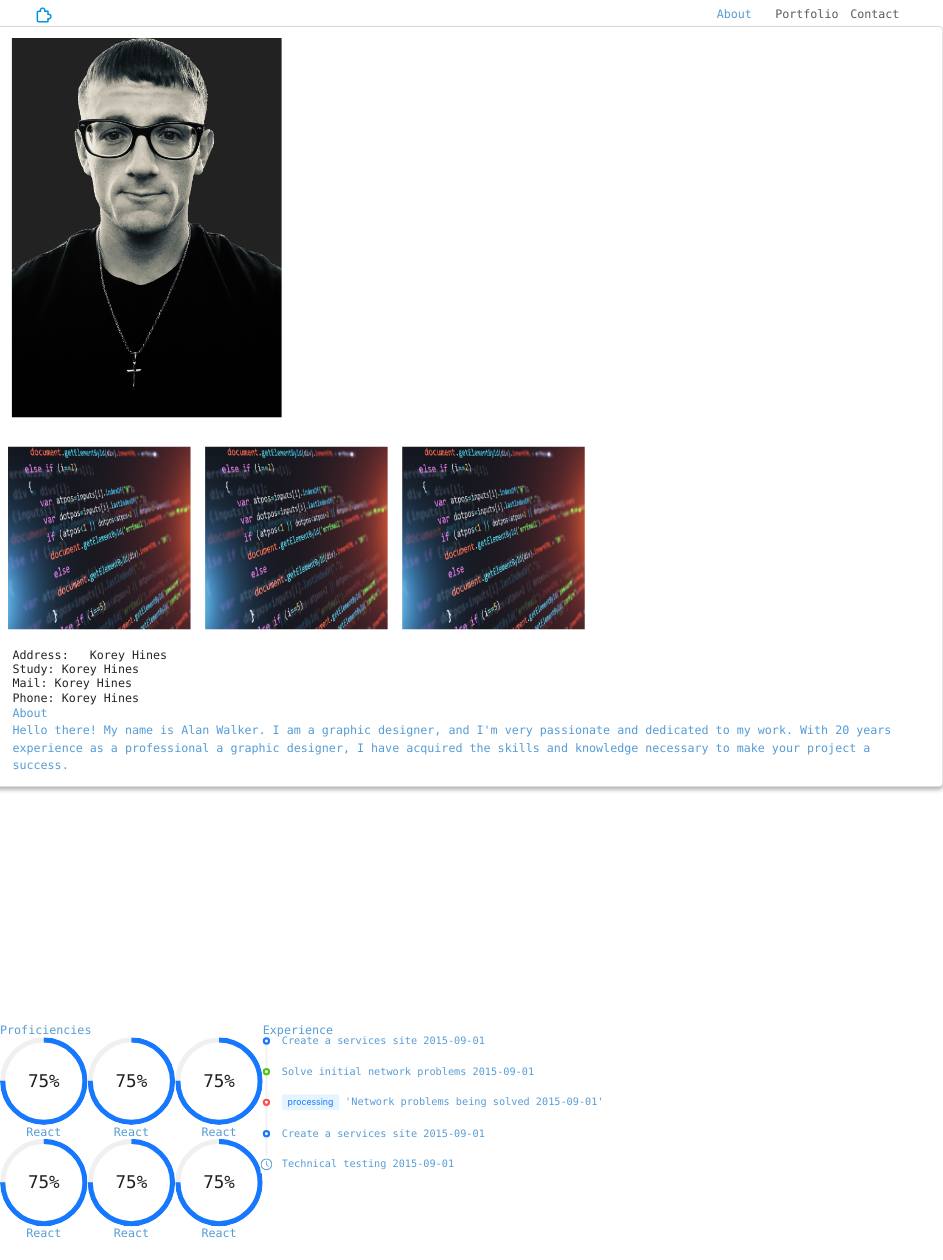
Repository: devkthines/next-portfolio-v2
Page: /about
These files come from the project's save history. The page is drawn as it stood at one moment and after the next save; the edit follows.
The browser window is 1280 px wide. The page is 1292 px wide, so the pictures cover 1292 px, including what lies to the right of the window. The pictures show the whole page, at 73% of full size.
The project was rebuilt for these pictures with package versions that can differ from the ones it lists, and the page was loaded fresh each time. The framework's server and built-in components were replaced by stand-ins that run in the browser. Also part of the build but not shown: next.config.js.

Above is the page before, as saved 2023-09-25 21:54:43.

### src/app/layout.tsx
import 'bootstrap/dist/css/bootstrap.css';
import './globals.css'
import '../../css/style.css'
import '../../css/mobile.css'
import type { Metadata } from 'next'
import { Inter } from 'next/font/google'
import TopNav from './components/topNav'
import Footer from './components/footer'
import BottomNav from './components/bottomNav'
// Put any other imports below so that CSS from your
// components takes precedence over default styles.
const inter = Inter({ subsets: ['latin'] })

export const metadata: Metadata = {
  title: "&lt;Korey ❤️ Coding/&gt;",
  description: 'Generated by create next app',
  icons: '/puzzle-piece.svg'
}

export default function RootLayout({
  children,
}: {
  children: React.ReactNode
}) {
  return (
    <html lang="en">
      <head>
        <link rel="shortcut icon" href="/puzzle-piece.svg" type="image/x-icon" />
      </head>
      <body className={inter.className}>
        <TopNav />
        {children}
        <Footer />
        <BottomNav />
      </body>
    </html>
  )
}

### src/app/about/page.js
'use client'
import Container from 'react-bootstrap/Container';
import Row from 'react-bootstrap/Row';
import Col from 'react-bootstrap/Col';
import Button from 'react-bootstrap/Button';
import Card from 'react-bootstrap/Card';
import { Progress, Space } from 'antd';
import { ClockCircleOutlined } from '@ant-design/icons';
import { Timeline } from 'antd';
import Image from 'next/image';
import { Descriptions } from 'antd';
import { Divider, Tag } from 'antd'
import { CaretRightOutlined } from '@ant-design/icons'
const items = [
  {
    key: '1',
    label: 'Name',
    children: 'Zhou Maomao',
  },
  {
    key: '2',
    label: 'Telephone',
    children: '209-366-9363',
  },
  {
    key: '3',
    label: 'Study',
    children: 'Software Engineering',
  },
  {
    key: '4',
    label: 'email',
    children: 'dev.kthines@gmail.com',
  },
  {
    key: '5',
    label: 'Address',
    children: 'Lodi, CA',
  },
];




export default function About() {

  return (
    <div id='about'>
      {/* <div> */}
      <Row>

        <Card id='aboutcard'>
          <Col id=''>
            {/* <div className='d-flex'> */}
            <Card.Img variant="top" id='aboutImg' src='/images/IMG-update.jpg' /> </Col>
          <Col>
            <div>
              <div id='aboutImgs' className='d-flex'>
                <img className='aboutImgs' src="/images/webstorm-vs-vscode.jpeg" alt="" />
                <img className='aboutImgs' src="/images/webstorm-vs-vscode.jpeg" alt="" />
                <img className='aboutImgs' src="/images/webstorm-vs-vscode.jpeg" alt="" />
              </div>
              <div></div>
            </div>
          </Col>
          {/* </div> */}
          <Card.Body>
            <h6>Address: &nbsp;  Korey Hines</h6>
            <h6>Study:  Korey Hines</h6>
            <h6>Mail:  Korey Hines</h6>
            <h6>Phone:  Korey Hines</h6> <span className='spanabout'>About</span>
            <p>Hello there! My name is Alan Walker. I am
              a graphic designer, and I'm very passionate and dedicated to my work.
              With 20 years experience as a professional a graphic designer,
              I have acquired the skills and knowledge necessary to make your project a success.</p>
          </Card.Body>
        </Card>

        <Col id='' className=''>
          <div id='abtTop' className='d-flex '><div>
          </div>
            <div className='d-flex'>

            </div>
          </div>
          <div id='abtBtm' className='d-flex'>
            <div>
              <h1>Proficiencies</h1>
              <div className='d-flex'>
                <div className='text-center'><Progress strokeLinecap="butt" type="circle" percent={75} /><h6>React</h6></div>
                <div className='text-center'><Progress strokeLinecap="butt" type="circle" percent={75} /><h6>React</h6></div>
                <div className='text-center'><Progress strokeLinecap="butt" type="circle" percent={75} /><h6>React</h6></div>
              </div>
              <div className='d-flex'>
                <div className='text-center'><Progress strokeLinecap="butt" type="circle" percent={75} /><h6>React</h6></div>
                <div className='text-center'><Progress strokeLinecap="butt" type="circle" percent={75} /><h6>React</h6></div>
                <div className='text-center'><Progress strokeLinecap="butt" type="circle" percent={75} /><h6>React</h6></div>
              </div>
            </div>
            <div> <h1>Experience</h1>
              <Timeline
                // mode="alternate"
                items={[
                  {
                    children: 'Create a services site 2015-09-01',
                  },
                  {
                    children: 'Solve initial network problems 2015-09-01',
                    color: 'green',
                  },
                  {
                    color: 'red',
                    children: <><Tag bordered={false} color="processing">
                      processing
                    </Tag>'Network problems being solved 2015-09-01'</>,
                  },
                  {
                    children: 'Create a services site 2015-09-01',
                  },
                  {
                    dot: <ClockCircleOutlined style={{ fontSize: '16px' }} />,
                    children: 'Technical testing 2015-09-01',
                  },
                ]}
              />
            </div>
          </div>
        </Col>
      </Row>
      {/* </div> */}
    </div>
  )
}

### css/style.css
* {
    box-sizing: border-box;
    margin: 0;
    padding: 0;
    font-family: Consolas, "Courier New", monospace;
    /* background-color: #222222; */
    color: #569cd6;

}

body {
    background-color: white;
}

.infoSection {
    /* width: 80vw; */
    height: 90vh;
    /* display: flex; */
    /* justify-content: center; */
    /* margin-bottom: 20vh; */
    background-color: #222222;
    border-bottom: 3px solid #569cd6;
}

#infoCol {
    display: flex;
    justify-content: center;
}

.aboutSection {
    /* width: 80vw; */
    padding-top: 100px;
    /* height: 70vh; */
    background: linear-gradient(#222222, rgb(24, 24, 24));
}

#portrait {
    width: 40vw;
    height: 80vh;
    /* border-radius: 0 0 2rem 2rem; */
}

#portraitCol {
    display: flex;
    justify-content: center;
}

#portrait:hover {
    transform: rotateX(180deg);
}

.imgTest {
    margin: 10px;
}

.imgTest:active {
    flex-grow: 10000;
    transform: scale(1);

    max-width: 600px;
    margin: 0px;
    border-radius: 40px;

    background-size: auto 100%;
}

.tab-content {
    height: 100% !important;
    margin-left: 25% !important;
}

/* .color-change{
    background-color: greenyellow;
} */
.noShow {
    display: none;
}

.buttonShow {
    display: block;
}

#tile1 {
    width: 700px;
    height: 500px;
}

#experience {
    padding-top: 50px;
    height: auto;
}

main {
    display: flex;
    flex-direction: column;
    justify-content: center;
    align-items: center;
}

.middle {
    transition: .5s ease;
    opacity: 0;
    position: absolute;
    top: 50%;
    left: 50%;
    transform: translate(-50%, -50%);
    -ms-transform: translate(-50%, -50%);
    text-align: center;
}

#imageTile1 {
    position: relative;
    width: 40vw;
    height: 70vh;
}

#tile1 {
    width: 100%;
    height: 100%;
}

#imageTile1:hover #tile1 {
    opacity: 0.3;
}

#imageTile1:hover .middle {
    opacity: 1;
}

.text {
    background-color: #04AA6D;
    color: white;
    font-size: 16px;
    padding: 16px 32px;
}

#no-expand {
    display: none;

}

#expandIt {
    display: block;
}

.no-Display {
    display: none;
}

.okToDisplay {
    display: block;
}

a.nav-link {
    color: #569cd6;
}


#topNav {
    background-color: white;
    display: none;
    /* position: fixed; */
    /* top: 0; */
    width: 100%;
    height: 5vh;
}

#footer {
    display: flex;
    justify-content: space-between;
    padding: 0 25px;
}

#bottomNav {
    display: flex;
    position: fixed;
    bottom: 0;
    width: 100%;
    background-color: white;
    font-size: 16px;
}
#about{
    /* margin-top: 10vh; */
    height: 90vh;
    /* overflow: hidden; */
}

#aboutImg{
    width: 400px;
    /* height: ; */
    padding: 15px 15px 30px;
}
#aboutcard{
    box-shadow: 0 4px 6px rgba(0, 0, 0, .3);
    /* height: fit-content; */
    /* width: 400px; */

}
.interests{
    width: 200px;
    height: 300px;
}
.interestImg{
    width: 200px;
    height: 200px;
}
#abtTop{
    height: 45vh;
}
#abtBtm{
    height: 45vh;
}
#abtLeft{
    /* width: 25vw; */
}
#abtRight{
    /* width: 75vw; */
}
.aboutImgs{
    width: 250px;
    height: 250px;
    margin: 10px;
}
#aboutImgs{

}
.spanabout ::after{
margin-left: 25px;
width: 5000px;
height: 1px;
background-color: #7d7789;
left: 100%;
top: 50%;
}

### css/mobile.css
@media screen and (min-width: 640px){

    /* background-color: green!important; */
    #portrait{
        width: 500px;
        height: 500px;
        /* border-radius: 0 0 2rem 2rem; */

    }

main{
    /* color: white!important; */
}
}
@media screen and (min-width: 768px){
#portraitCol{

    justify-content: start;
}
#infoCol{
    justify-content: end;
    /* text-align: end; */
}
}
@media screen and (min-width: 1024px){
    #portrait{
        width: 600px;
        height: 600px;
        /* border-radius: 0 0 2rem 2rem; */
    }
    #topNav{
        display:flex ;
    }
    #bottomNav{
        display: none;
    }
}
@media screen and (min-width: 1280px){

}
@media screen and (min-width: 1536px){

}

### src/app/components/topNav.js
'use client';
import Nav from 'react-bootstrap/Nav';
import Image from 'next/image';


export default function TopNav(){

    return(
        <header>
        {/* <Navbar id='topNav' className={`${color ? 'color-change' : ''}`} sticky='top' expand="lg" > */}

        <Nav id='topNav' variant="underline" defaultActiveKey="/home" className='d-flex justify-content-between'>
       <div className='ms-5'><Nav.Item>
          <Nav.Link href="/"><Image width={25} height={25} id='navbrand' src="/puzzle-piece.svg" alt="" /></Nav.Link>
        </Nav.Item></div>
        <div className='d-flex me-5'><Nav.Item className='px-3'>
          <Nav.Link href="/about">About</Nav.Link>
        </Nav.Item>
        <Nav.Item className='px-3'>
          <Nav.Link eventKey="disabled" disabled>
            Portfolio
          </Nav.Link>
        </Nav.Item>
        <Nav.Item>
          <Nav.Link eventKey="disabled" disabled>
            Contact
          </Nav.Link>
        </Nav.Item>
        </div>
      </Nav>
      </header>
    )
} ;

### src/app/components/footer.js
'use client'

import OverlayTrigger from 'react-bootstrap/OverlayTrigger';
import Card from 'react-bootstrap/Card';
import { AiFillGithub } from 'react-icons/ai';
import { GrLinkedinOption } from 'react-icons/gr';
import { MdVolunteerActivism } from 'react-icons/md';
import { IoLogoCss3 } from 'react-icons/io';
import { IoLogoJavascript } from 'react-icons/io';
import { CgGym } from 'react-icons/cg';
import { AiOutlineMail } from 'react-icons/ai';
import { AiOutlineFilePdf } from 'react-icons/ai';
import { BsFillPhoneFill } from 'react-icons/bs';
import { MdLocationOn } from 'react-icons/md';
import { SiUpwork } from 'react-icons/si';
// import PicOfMe from '/images/image_67220481.JPG'
import Container from 'react-bootstrap/Container';
import Row from 'react-bootstrap/Row';
import Col from 'react-bootstrap/Col';
import { useEffect } from 'react';
import Tooltip from 'react-bootstrap/Tooltip';
import $ from 'jquery'

 export default function Footer(){
    const btnName = {
        'gitHub': {
          'id': 1,
          "placement": "bottom",
          "info": "gitHub",
          "icon": <a href="https://github.com/devkthines" target='_blank'>
            <button className='quickLinks'><AiFillGithub /></button></a>
        },
        'linkedIn': {
          'id': 2,
          "placement": "bottom",
          "info": "linkedIn",
          "icon": <a href="https://www.linkedin.com/in/korey-hines-17b0a9263" target='_blank'><button className='quickLinks'><GrLinkedinOption />
          </button></a>
        },
        'gMaps': {
          'id': 3,
          "placement": "bottom",
          "info": "gMaps",
          "icon": <a href="https://goo.gl/maps/BovFkBEjUMQ6VBob9" target='_blank'>
            <button className='quickLinks'><MdLocationOn /></button></a>
        },
        'gMail': {
          'id': 4,
          "placement": "bottom",
          "info": "gMail",
          "icon": <a href="mailto:dev.kthines@gmail.com"><button className='quickLinks'><AiOutlineMail /></button></a>
        },
        'upWork': {
          'id': 5,
          "placement": "bottom",
          "info": "upWork",
          "icon": <a href="https://www.upwork.com/freelancers/~01ae4feb16c6fa7213?viewMode=1" target='_blank'>
            <button className='quickLinks'><SiUpwork /></button></a>
        },
        'redPDF': {
          'id': 6,
          "placement": "bottom",
          "info": "resume",
          "icon": <a className='aLink' target="_blank" href="/files/hinesResume.pdf">
            <button className='quickLinks'><AiOutlineFilePdf /></button></a>
        },
        'phone': {
          'id': 7,
          "placement": "bottom",
          "info": "phone",
          "icon": <a href="tel:2093669363" >  <button className='quickLinks'><BsFillPhoneFill /></button></a>
        }
      }
    return(
        <>
        <footer id='footer'><p>Copyright 2023- Korey Hines</p>
       <div> {Object.entries(btnName).map(([k, v]) => (
                <div className='d-inline-block' key={v.id}>
                  <OverlayTrigger
                    trigger="hover"
                    key={v.id}
                    placement={v.placement}
                    overlay={

                      <Tooltip id={`tooltip-${v.placement}`}>
                        {v.info}
                      </Tooltip>
                    }
                  >
                    {v.icon}
                  </OverlayTrigger>
                </div>))}
</div>
        </footer>
        </>
    )
 }

### src/app/components/bottomNav.js
'use client'
import Nav from 'react-bootstrap/Nav';
import Image from 'next/image';
export default function BottomNav(){

    return(
        <>
        <Nav id='bottomNav' className="justify-content-center" activeKey="/home">
        <Nav.Item>
          <Nav.Link href="/"><Image width={25} height={25} id='navbrand' src="/puzzle-piece.svg" alt="" /></Nav.Link>
        </Nav.Item>
        <Nav.Item>
          <Nav.Link eventKey="link-1">About</Nav.Link>
        </Nav.Item>
        <Nav.Item>
          <Nav.Link eventKey="link-2">Portfolio</Nav.Link>
        </Nav.Item>
        <Nav.Item>
          <Nav.Link eventKey="disabled" disabled>
            Contact
          </Nav.Link>
        </Nav.Item>
      </Nav>
        </>
    )
}

Loaded but not shown: src/app/globals.css (common file); tailwind.config.ts (common file)

After the next save:
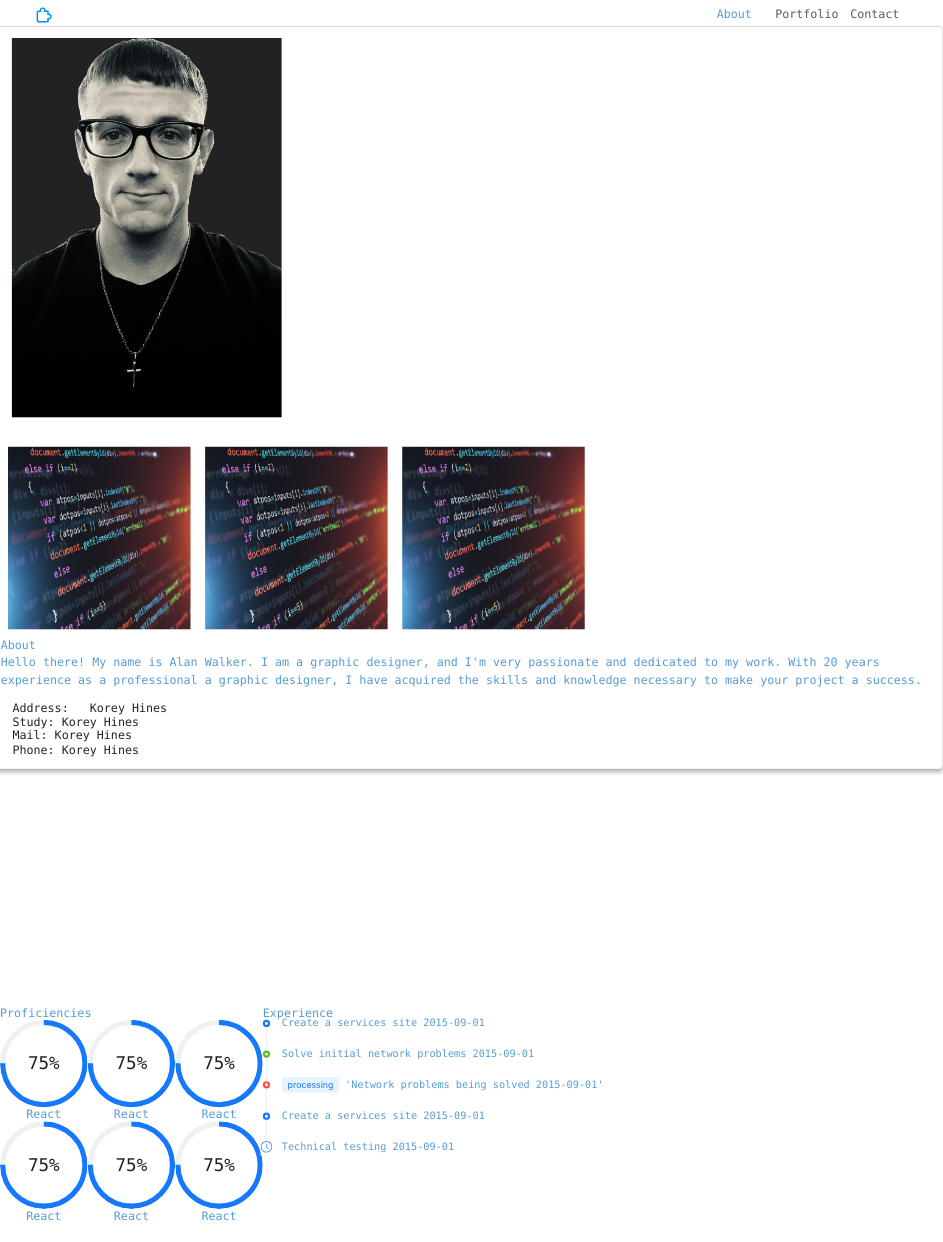
Saved 9 s later.
--- a/src/app/about/page.js
+++ b/src/app/about/page.js
@@ -60,7 +60,11 @@ export default function About() {
                 <img className='aboutImgs' src="/images/webstorm-vs-vscode.jpeg" alt="" />
                 <img className='aboutImgs' src="/images/webstorm-vs-vscode.jpeg" alt="" />
               </div>
-              <div></div>
+              <div><span className='spanabout'>About</span>
+            <p>Hello there! My name is Alan Walker. I am
+              a graphic designer, and I'm very passionate and dedicated to my work.
+              With 20 years experience as a professional a graphic designer,
+              I have acquired the skills and knowledge necessary to make your project a success.</p></div>
             </div>
           </Col>
           {/* </div> */}
@@ -68,11 +72,7 @@ export default function About() {
             <h6>Address: &nbsp;  Korey Hines</h6>
             <h6>Study:  Korey Hines</h6>
             <h6>Mail:  Korey Hines</h6>
-            <h6>Phone:  Korey Hines</h6> <span className='spanabout'>About</span>
-            <p>Hello there! My name is Alan Walker. I am
-              a graphic designer, and I'm very passionate and dedicated to my work.
-              With 20 years experience as a professional a graphic designer,
-              I have acquired the skills and knowledge necessary to make your project a success.</p>
+            <h6>Phone:  Korey Hines</h6>
           </Card.Body>
         </Card>
 
